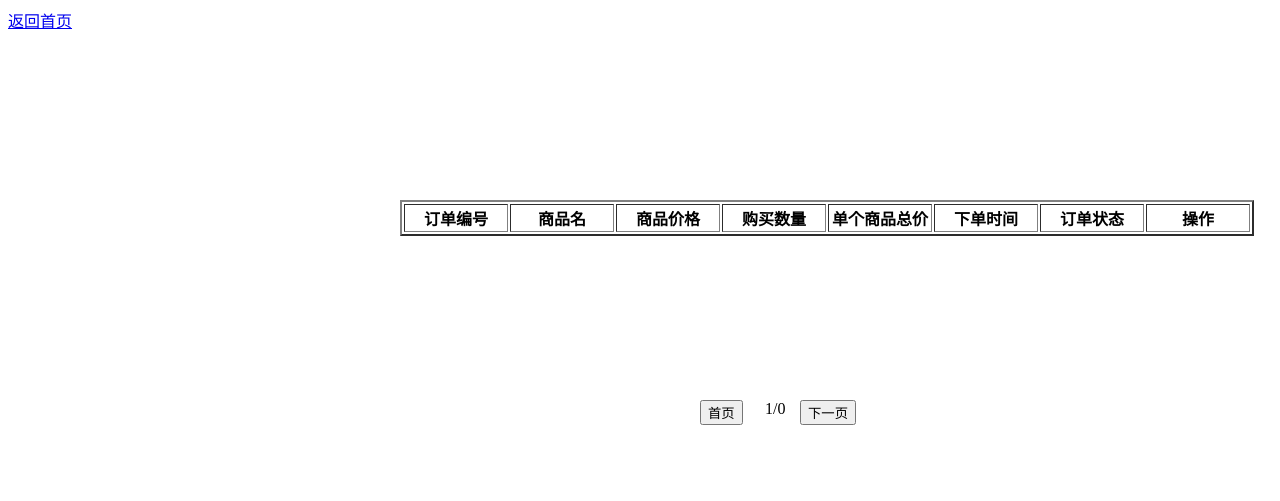
Repository: Gale-student/Gale-student.github.io
Page: http://localhost/weshop/OrdersDetailUnpaidQueryServlet
These files come from the project's save history. The page is drawn as it stood at one moment and after the next save; the edit follows.
The browser window is 1280 px wide. The pictures show the whole page.
The page is served by Tomcat 9. Queries for data that is not in the repository find no rows.

Above is the page before, as saved 2022-10-05 11:00:26.

After the next save:
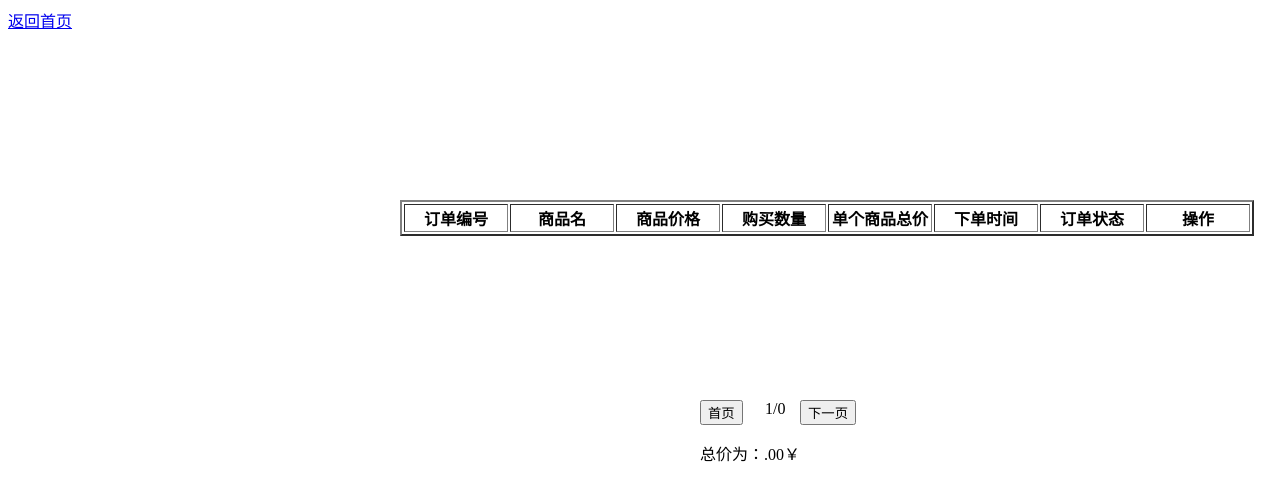
Saved 23 s later.
--- a/WeShop/weshop/WebRoot/WEB-INF/jsp/OrdersUnpaidQueryOfUser.jsp
+++ b/WeShop/weshop/WebRoot/WEB-INF/jsp/OrdersUnpaidQueryOfUser.jsp
@@ -88,7 +88,7 @@ String basePath = request.getScheme()+"://"+request.getServerName()+":"+request.
     <form style="position: absolute; top: 0px; left: 100px;" action="OrdersDetailUnpaidDownPageServlet" method="post">
        <input type="submit" value=<%=downPage %>>
     </form>
-    <label><%=totalPrice %></label>
+    <label>总价为：<%=totalPrice %>.00￥</label>
     </div>
 
   </body>
